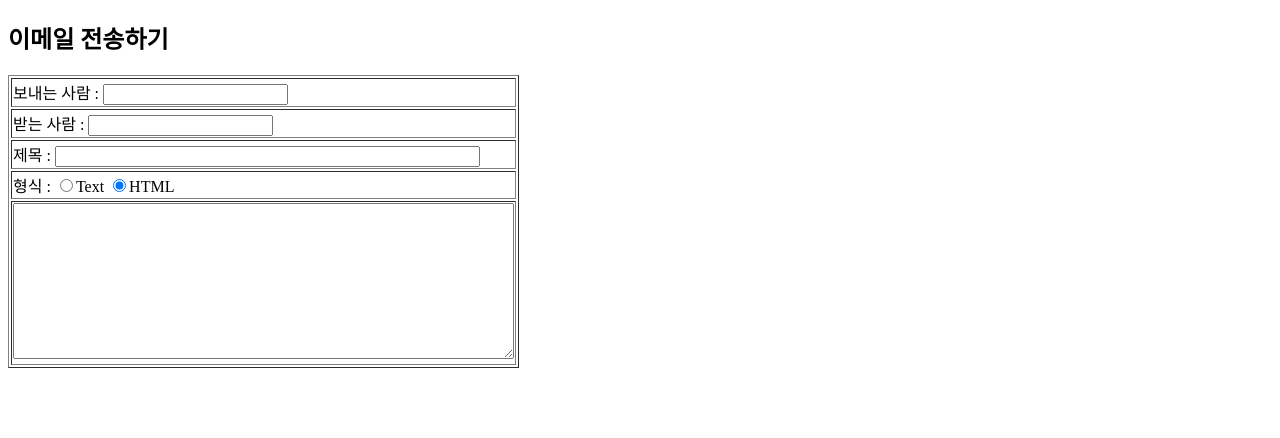
Repository: dogksi/JSP
Page: http://localhost/TestJSP/EmailSend/EmailSendMain.jsp
An editor plug-in stored every save of this project. The page is shown before and after the next save, followed by the edit.
The browser window is 1280 px wide. The pictures show the whole page.
The page is served by Tomcat 10. Nobody is signed in. The application's start-up code is not run.

Above is the page before, as saved 2023-09-20 00:47:34.

After the next save:
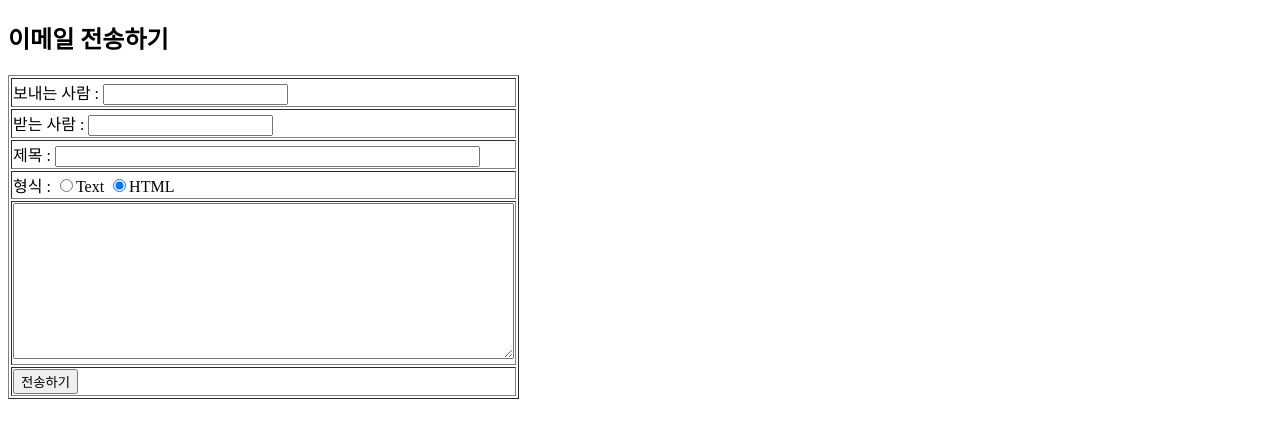
Saved 37 s later.
--- a/TestJSP/src/main/webapp/EmailSend/EmailSendMain.jsp
+++ b/TestJSP/src/main/webapp/EmailSend/EmailSendMain.jsp
@@ -37,6 +37,11 @@
 				<textarea name="content" rows="10" cols="60"></textarea>
 			</td>
 		</tr>
+		<tr>
+			<td>
+				<button type="submit">전송하기</button>
+			</td>
+		</tr>
 	</table>
 	</form>
 </body>
